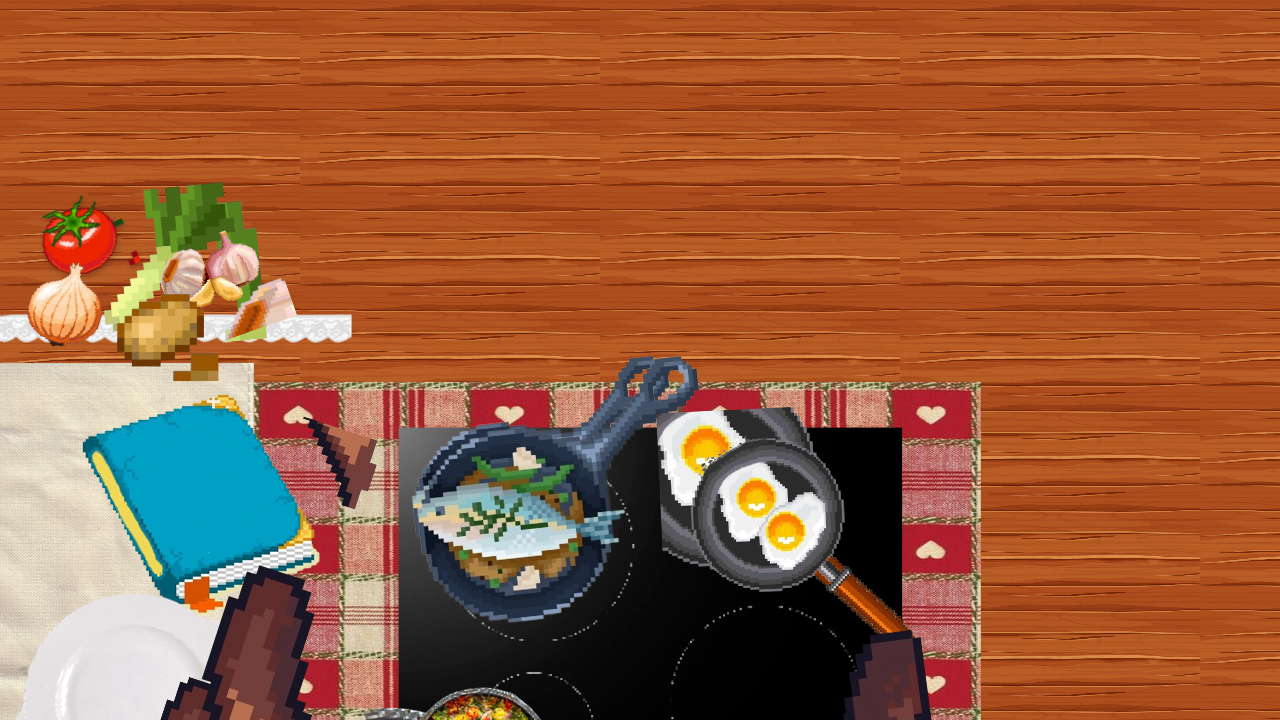
Repository: AJamdonuts/ToddyTalks
Page: playingaround2/pages/chefsujin.html
The author's editor kept a copy of each file at every save. The page is drawn from the files as they stood at one save, then again after the next save.
The browser window is 1280 px wide. The pictures show the whole page.

Above is the page before, as saved 2025-11-26 20:19:04.

### playingaround2/pages/chefsujin.html
<!DOCTYPE html>
<html>
<head>
    <meta charset="UTF-8">
    <meta name="viewport" content="width=device-width, initial-scale=1">
    <link href="/playingaround2/styles/chefsujin.css" rel="stylesheet">
    <script src="/playingaround2/javascript/chefsujin.js" defer></script>
    <title>Chef Sujin</title>
    <link rel="icon" type="image/x-icon" href="/playingaround2/images/favicon.ico">
</head>
<body>
    <div class="canvas">
        <img src="/playingaround2/images/09362b8ce39beb85f830c3373e6b392c-removebg-preview.png" alt="Chef Sujin Banner" class="chef-sujin-banner">
        <img src="/playingaround2/images/b41e50d46e26e9463ce130b2da7a46aa.jpg" class="creamtexture">
        <img src="/playingaround2/images/check table cloth.jpg" class="checktablecloth">
        <img src="/playingaround2/images/pxArt-2.png" class="hob">
        <img src="/playingaround2/images/pixil-frame-0-removebg-preview 1.png" class="recipebook">
        <img src="/playingaround2/images/fishpan.png" class="fishpan">
        <img src="/playingaround2/images/leek-removebg-preview.png" class="leek">
        <img src="/playingaround2/images/garlic-removebg-preview.png" class="garlic">
        <img src="/playingaround2/images/d95fa1e62c663504736614e026fc4862-removebg-preview.png" class="potato">
        <img src="/playingaround2/images/pixil-frame-0-removebg-preview.png" class="eggpan" >
        <img src="/playingaround2/images/pxArt-2-removebg-preview.png" class="vegpan">
        <img src="/playingaround2/images/pxArt-removebg-preview.png" class="plate">
        <img src="/playingaround2/images/tomato-removebg-preview.png" class="tomato">
        <img src="/playingaround2/images/onion-removebg-preview.png" class="onion">
        <img src="/playingaround2/images/IMG_0236_2-removebg-preview.png" class="beararm1" >
        <img src="/playingaround2/images/IMG_0236-removebg-preview.png" class="beararm2" >
    </div>

</body>
</html>

### playingaround2/styles/chefsujin.css


/* Add a main container to hold all your absolutely positioned elements */
.canvas {
    position: relative;
    max-width: 1440px;
    max-height: 1024px;
    width: 100%;
    height: 100%;
    transform-origin: bottom left;
    transform: scale(var(--scale-factor, 1));
}

/* Use Flexbox on the body to center the .canvas element when it hits the max size */
body {
    display: flex;
    justify-content: center; /* horizontally center canvas */
    align-items: flex-end;   /* vertically position canvas as needed */

    background-image: url('/playingaround2/images/kitchencounter.jpg');
    background-repeat: repeat;      /* repeat the image */
    background-size: 300px 100px;   /* set width and height for each tile */
    background-position: top left;  /* start tiling from top-left */
    background-attachment: scroll;  /* moves with page */
    background-color: #ffffff;      /* fallback color */
}

.tomato {
    position: absolute;
    width: 133.75px;
    height: 133.75px;
    left: 45.02px;
    top: 55.06px;
    background: url(tomato-removebg-preview.png);
    filter: drop-shadow(0px 4px 4px rgba(0, 0, 0, 0.25));
    border-radius: 4px;
    transform: rotate(-24.58deg);
}

.potato {
    position: absolute;
    width: 165px;
    height: 165px;
    left: 146px;
    top: 161px;
    background: url(d95fa1e62c663504736614e026fc4862-removebg-preview.png);
}

.leek {
    position: absolute;
    width: 257.96px;
    height: 257.96px;
    left: 109.95px;
    top: 20px;
    background: url(leek-removebg-preview.png);
    transform: rotate(-5.62deg);
}

.garlic {
    position: absolute;
    width: 194.8px;
    height: 194.8px;
    left: 200.62px;
    top: 74.87px;
    background: url(garlic-removebg-preview.png);
    transform: rotate(-19.27deg);
}

.onion {
    position: absolute;
    width: 126.18px;
    height: 144.28px;
    left: 32px;
    top: 145.3px;
    background: url(onion-removebg-preview.png);
    transform: rotate(17.63deg);
    }

.recipebook {
    position: absolute;
    width: 392px;
    height: 392px;
    left: 90px;
    top: 302px;
}

.plate {
    position: absolute;
    width: 334.76px;
    height: 332.75px;
    left: 22px;
    top: 616px;
    background: url(pxArt-removebg-preview.png);
    transform: rotate(19.64deg);
}

.beararm1 {
    position: absolute;
    width: 448.49px;
    height: 883.17px;
    left: 132px;
    top: 374px;
    background: url(IMG_0236_2-removebg-preview.png);
    transform: matrix(0.95, 0.31, 0.31, -0.95, 0, 0);
}

.beararm2 {
    position: absolute;
    width: 348.8px;
    height: 764.5px;
    left: 1062px;
    top: 450px;
    background: url(IMG_0236-removebg-preview.png);
    transform: matrix(0.99, -0.13, -0.13, -0.99, 0, 0);
}

.fishpan {
    position: absolute;
    width: 546.95px;
    height: 546.95px;
    left: 532px;
    top: 257px;
    background: url(fishpan.png);
    transform: rotate(-6.22deg);
}

.eggpan {
    position: absolute;
    width: 396px;
    height: 396px;
    left: 942.44px;
    top: 362.44px;
    background: url(pixil-frame-0-removebg-preview.png);
    transform: rotate(177.33deg);
}

.vegpan {
    position: absolute;
    width: 207px;
    height: 310px;
    left: 580.54px;
    top: 703.1px;
    background: url(pxArt-2-removebg-preview.png);
    transform: rotate(81.24deg);
}

.hob {
position: absolute;
width: 716px;
height: 632px;
left: 567px;
top: 392px;
background: url(pxArt-2.png);
}

.creamtexture {
    position: absolute;
    width: 476px;
    height: 700px;
    left: -115px;
    top: 300px;
    background: url(b41e50d46e26e9463ce130b2da7a46aa.jpg);
}

.checktablecloth {
    position: absolute;
    width: 1034px;
    height: 697px;
    left: 361px;
    top: 327px;
}

html, body {
    margin: 0;
    padding: 0;
    width: 100vw;
    height: 100vh;
    overflow: hidden;
}

body {
    display: flex;
    justify-content: center;
    align-items: center;
}

.canvas {
    position: relative;
    width: 100vw;
    height: 100vh;
    min-height: auto;
}

### playingaround2/javascript/chefsujin.js
function calculateScaleFactor() {
    // Define the original design dimensions
    const DESIGN_WIDTH = 1440;
    const DESIGN_HEIGHT = 1024;

    // Get the current viewport dimensions
    const viewportWidth = window.innerWidth;
    const viewportHeight = window.innerHeight;

    // Calculate the scale factor for both dimensions
    const widthScale = viewportWidth / DESIGN_WIDTH;
    const heightScale = viewportHeight / DESIGN_HEIGHT;

    // Use the smaller scale factor to ensure everything fits inside the window
    const scaleFactor = Math.min(widthScale, heightScale);

    // Get the .canvas element
    const canvas = document.querySelector('.canvas');

    // Apply the scale factor as a CSS variable
    if (canvas) {
        // If the viewport is larger than the design max, don't scale up past 1
        const finalScale = Math.min(scaleFactor, 1);
        canvas.style.setProperty('--scale-factor', finalScale);

        // Additionally, set the fixed width/height so the centering works correctly
        canvas.style.width = `${DESIGN_WIDTH}px`;
        canvas.style.height = `${DESIGN_HEIGHT}px`;
    }
}

// Run on load and on every window resize
window.addEventListener('resize', calculateScaleFactor);
document.addEventListener('DOMContentLoaded', calculateScaleFactor);

After the next save:
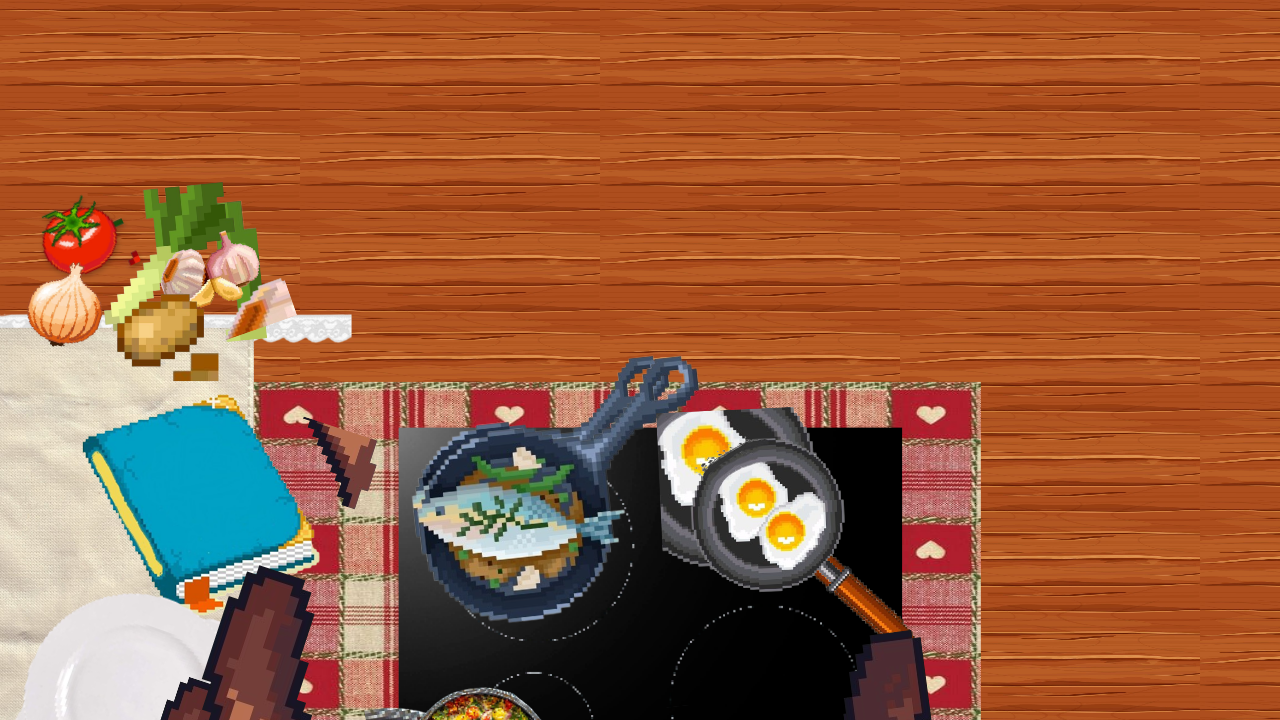
Saved 20 s later.
--- a/playingaround2/styles/chefsujin.css
+++ b/playingaround2/styles/chefsujin.css
@@ -158,7 +158,7 @@ background: url(pxArt-2.png);
     width: 476px;
     height: 700px;
     left: -115px;
-    top: 300px;
+    top: 250px;
     background: url(b41e50d46e26e9463ce130b2da7a46aa.jpg);
 }
 
